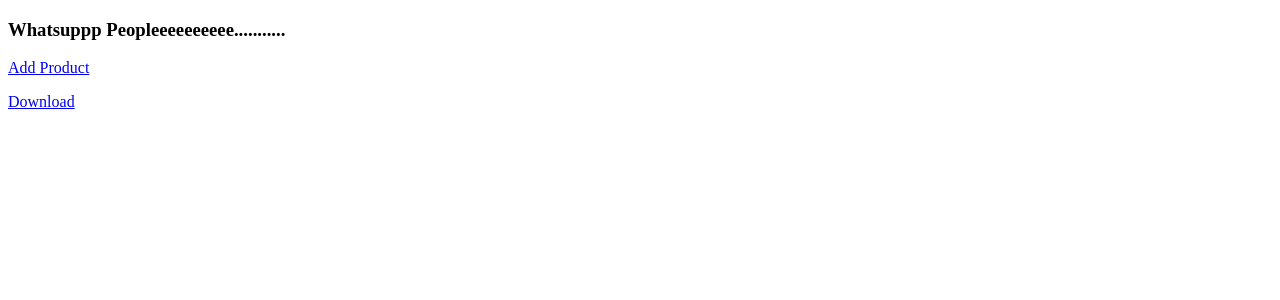
Repository: SakshiTiwari28/Java-Assignment
Page: RestFul/TrivagoHotel/WebContent/index.html
The author's editor kept a copy of each file at every save. The page is drawn from the files as they stood at one save, then again after the next save.
The browser window is 1280 px wide. The pictures show the whole page.

Above is the page before, as saved 2019-07-25 20:36:47.

### RestFul/TrivagoHotel/WebContent/index.html
<!DOCTYPE html>
<html>
<head>
<meta charset="ISO-8859-1">
<title>Trivago Home</title>
<style type="text/css">
body{
background-color:white;
}
</style>
</head>
<body>
<h3>Whatsuppp Peopleeeeeeeeee...........</h3>

<p> <a href="addProduct.html">Add Product</a>
<p> <a href="http://localhost:8082/HelloWebService/zenrest/files/txt">Download</a>
</body>
</html>

After the next save:
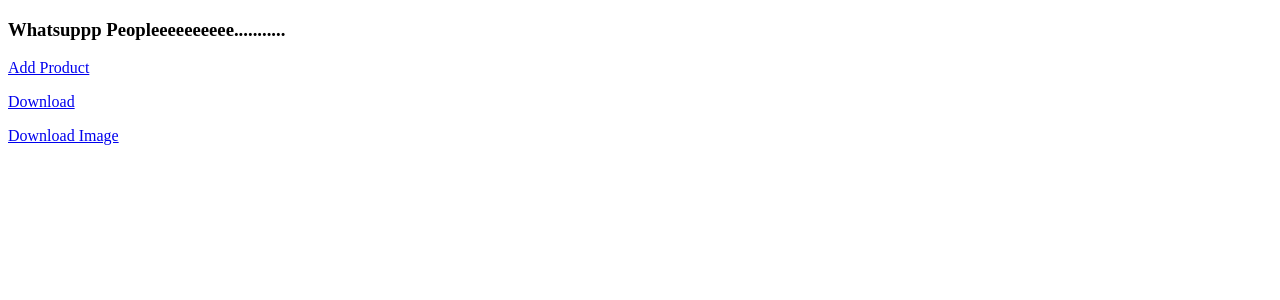
Saved 12 min 3 s later.
--- a/RestFul/TrivagoHotel/WebContent/index.html
+++ b/RestFul/TrivagoHotel/WebContent/index.html
@@ -14,5 +14,6 @@ background-color:white;
 
 <p> <a href="addProduct.html">Add Product</a>
 <p> <a href="http://localhost:8082/HelloWebService/zenrest/files/txt">Download</a>
+<p> <a href="http://localhost:8082/HelloWebService/zenrest/files/txt">Download Image</a>
 </body>
 </html>
